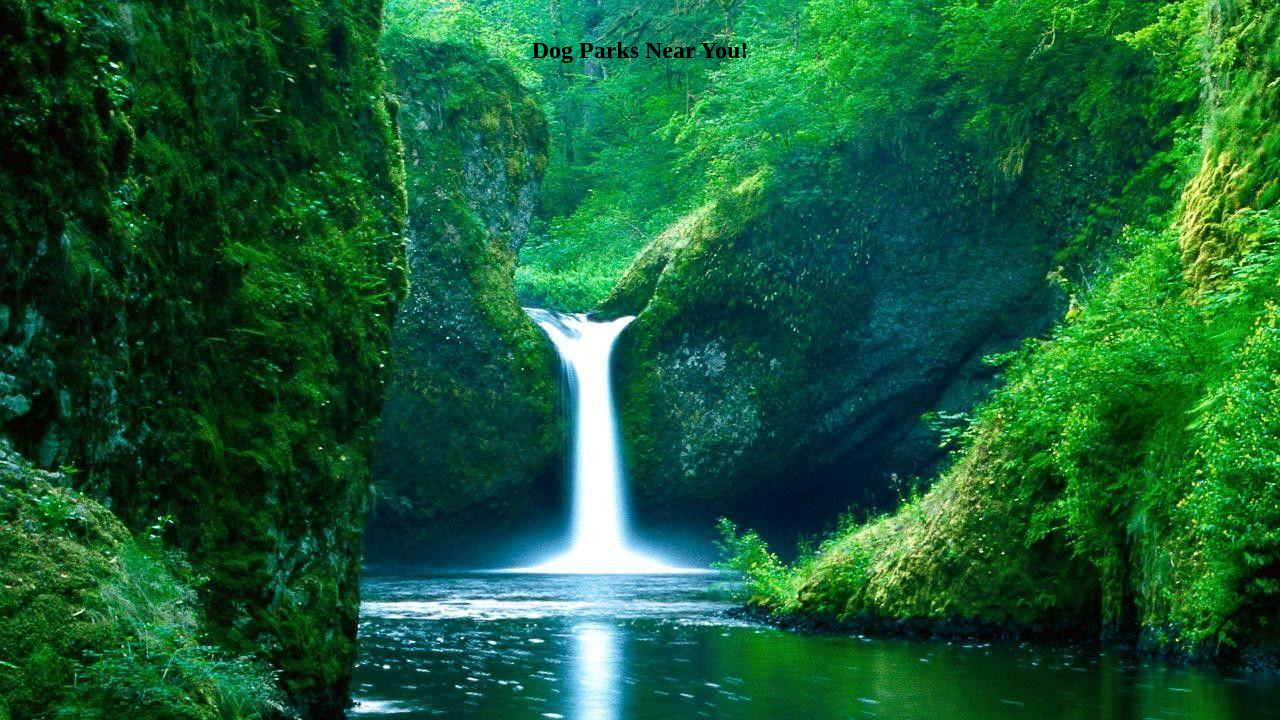
Repository: gee-ell-bee/artdm174lab7
Page: index.html
An editor plug-in stored every save of this project. The page is shown before and after the next save, followed by the edit.
The browser window is 1280 px wide. The pictures show the whole page.
Some web libraries are served in a nearby version.

Above is the page before, as saved 2022-05-11 12:07:28.
Console error: SyntaxError: Cannot use import statement outside a module

After the next save:
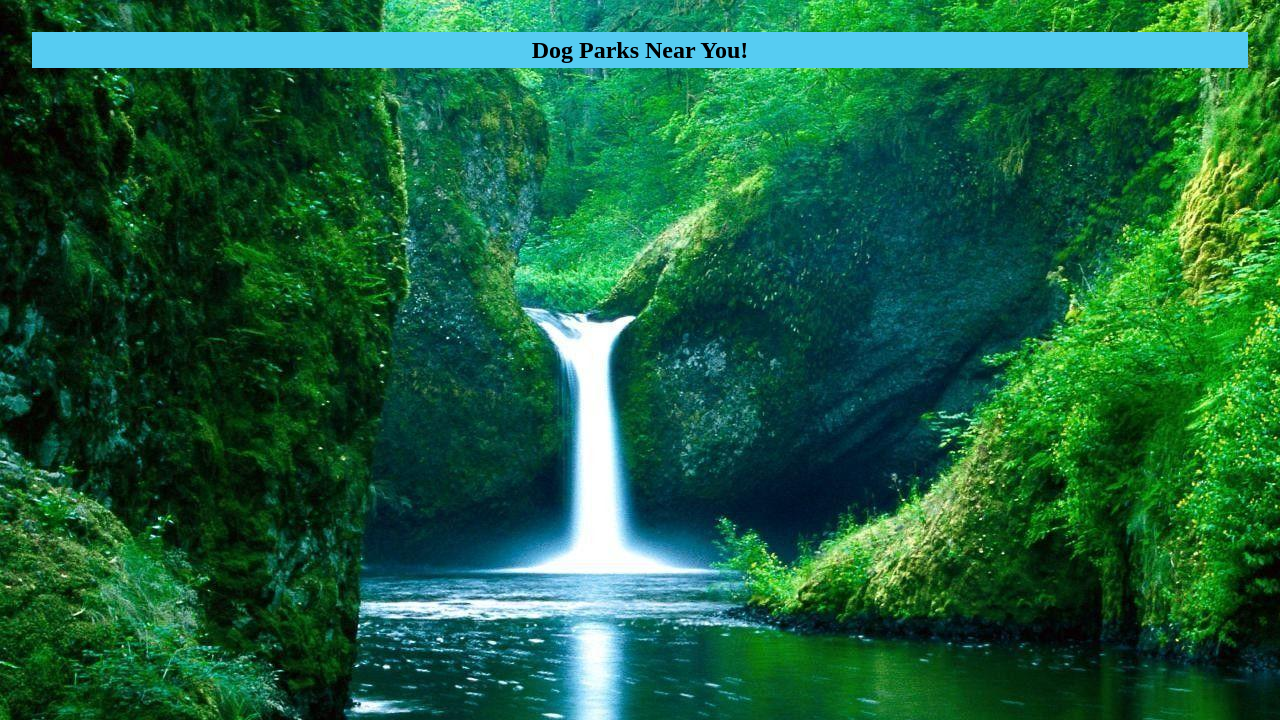
Saved 21 s later.
--- a/main.css
+++ b/main.css
@@ -88,3 +88,7 @@ li{
     padding: 1rem;
     border-radius: 25px;
 }
+
+header{
+    background-color: #56CCF2;
+}
